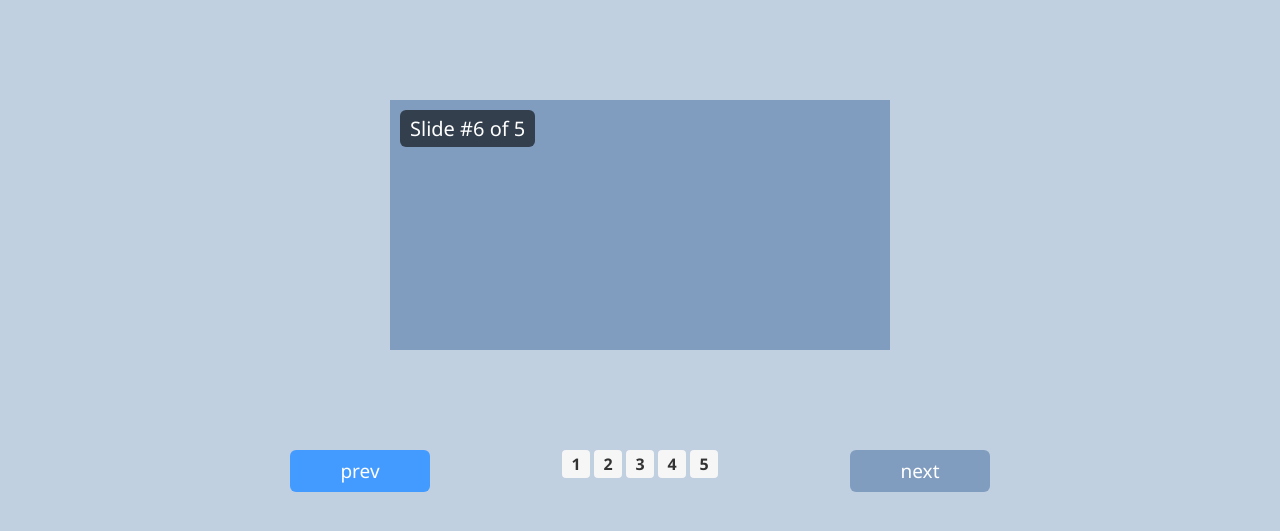
Repository: zeinawady/-Image-Slider-Project
Page: index.html
The author's editor kept a copy of each file at every save. The page is drawn from the files as they stood at one save, then again after a run of saves.
The browser window is 1280 px wide. The pictures show the whole page.
After loading, the first visible `#next` was clicked once.

Above is the page before, as saved 2024-09-19 20:27:01.
Console error: TypeError: Cannot read properties of undefined (reading 'classList')

### index.html
<!DOCTYPE html>
<html lang="en">

<head>
    <meta charset="UTF-8">
    <meta name="viewport" content="width=device-width, initial-scale=1.0">
    <title>Image Slider</title>
    <link rel="stylesheet" href="css/style.css">
    <link rel="stylesheet" href="css/all.min.css">
</head>

<body>
<div class="container">
    <div class="container-slider">
        <div id="slide-number" class="slide-number">Slide #6</div>
        <img src="images/img1.jpg" alt="img" class="active">
        <img src="images/img2.jpg" alt="img">
        <img src="images/img3.jpg" alt="img">
        <img src="images/img4.jpg" alt="img">
        <img src="images/img5.jpg" alt="img">

    </div>
    <div class="slider-controls">
        <span id="prev" class="prev">prev</span>
       <span id="indicators" class="indicators">

       </span>
        <span id="next" class="next">next</span>
    </div>
</div>
    <script src="script.js"></script>
</body>

</html>

### css/style.css
* {
    box-sizing: border-box;
    margin: 0;
    padding: 0;
}

body {
    font-family: 'Segoe UI', Tahoma, Geneva, Verdana, sans-serif;
    background-color: #c1d0e1;
}

.container-slider {
    margin: 100px auto;
    max-width: 500px;
    height: 250px;
    position: relative;
    background-color: #809dc0;
}

.container img {
    position: absolute;
    opacity: 0;
    transition: opacity 1s;
    z-index: 1;
    width: 100%;

}

.container img.active {
    opacity: 1;
}

.slide-number {
    position: absolute;
    left: 10px;
    top: 10px;
    background-color: rgba(0, 0, 0, 0.6);
    color: white;
    padding: 5px 10px;
    font-size: 20px;
    z-index: 2;
    border-radius: 6px;
}

.slider-controls {
    max-width: 700px;
    margin: 0 auto;
}

.prev,
.next {
    background-color: #449bff;
    color: #fff;
    font-size: 19px;
    text-align: center;
    cursor: pointer;
    border-radius: 6px;
    padding: 8px;
    user-select: none;
    width: 20%;
    font-weight: 500;
}

.prev {
    float: left;


}

.next {
    float: right;

}

.prev.disabled,
.next.disabled {
    background-color: #809dc0;
    cursor: no-drop;

}

.indicators {
    width: 60%;
    float: left;
}

.indicators ul {
    list-style: none;
    margin: 0;
    text-align: center;
}

.indicators ul li {
    display: inline-block;
    background-color: #f6f6f6;
    color: #333;
    font-weight: bold;
    height: 28px;
    width: 28px;
    border-radius: 4px;
    margin: 0 2px;
    line-height: 28px;
    cursor: pointer;
}

.indicators ul li.active {
    background-color: #449bff;
    color: #fff;
}

### script.js
let sliderImages = Array.from(document.querySelectorAll('.container-slider img'));
//get the images and put them in an array
let slidesCount = sliderImages.length; //count of img
let currentImgNo = 5;

//some html elements
let slideNumberElement = document.getElementById('slide-number');
let nextBtn = document.getElementById('next');
let prevBtn = document.getElementById('prev');


//create ul element
let paginationElement = document.createElement('ul');
//setting id (#pagination-ul) to it
paginationElement.setAttribute('id', 'pagination-ul');


//creating li based on sildes count
for (let i = 1; i <= slidesCount; i++) {
    let paginationItem = document.createElement('li');
    paginationItem.setAttribute('data-index', i); //seting an attribute

    paginationItem.appendChild(document.createTextNode(i)); //setting content inside li

    paginationElement.appendChild(paginationItem); //appending li to ul
}

//add ul to the page (indicators div)
document.getElementById('indicators').appendChild(paginationElement);

var paginationNewUl = document.getElementById('pagination-ul');
let paginationBullets = Array.from(document.querySelectorAll('#pagination-ul li')); //creating array for bullets


//functions
function nextSlide() {
    if (nextBtn.classList.contains('disabled')) {
        currentImgNo++;

    }
    else {
        currentImgNo = 1;
    }
    checker();
}

function prevSlide() {
    currentImgNo--;
}

function checker() {
    //write slide no in the div
    slideNumberElement.textContent = 'Slide #' + (currentImgNo) + ' of ' + slidesCount;

    removeAllActiveClass();

    //put active class in the current img slide
    sliderImages[currentImgNo - 1].classList.add('active');

    //put active class in current pagination item
    paginationNewUl.children[currentImgNo - 1].classList.add('active');

    //check if the slide is first or not to add disable on prev btn
    if (currentImgNo == 1) {
        prevBtn.classList.add('disabled');
    }
    else {
        prevBtn.classList.remove('disabled');

    }
    //check if the slide is last or not to add disable on next btn
    if (currentImgNo == slidesCount) {
        nextBtn.classList.add('disabled');
    }
    else {
        nextBtn.classList.remove('disabled');

    }

}
checker();

function removeAllActiveClass() {
    sliderImages.forEach(function (img) {
        img.classList.remove('active');
    });
    paginationBullets.forEach(function (bullet) {
        bullet.classList.remove('active');
    });

}


//handling click on btn
nextBtn.onclick = nextSlide;
prevBtn.onclick = prevSlide;

Loaded but not shown: css/all.min.css (library)

After the next 4 saves:
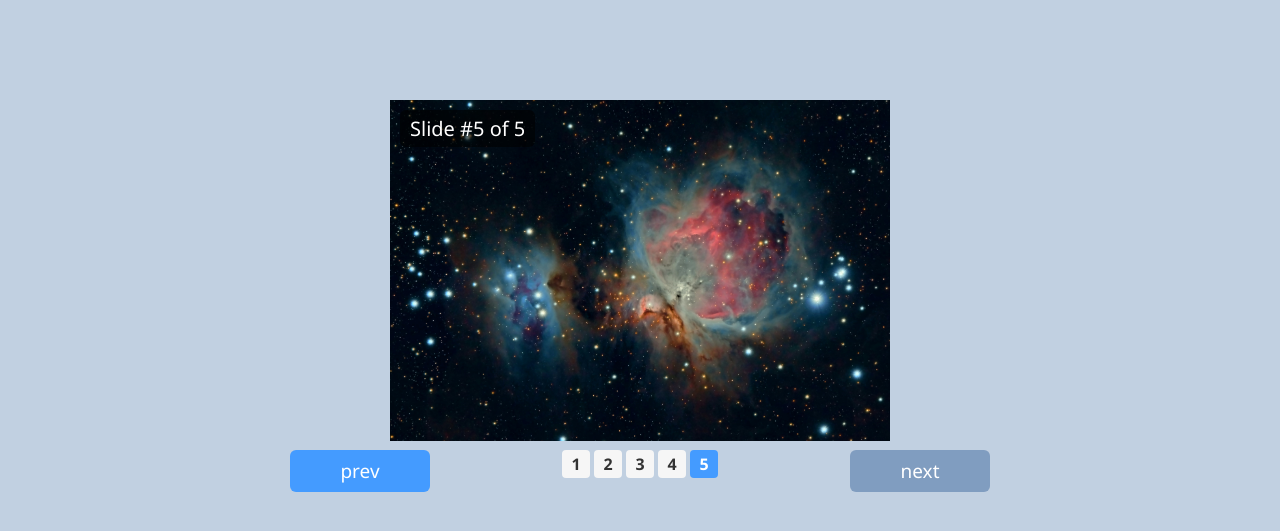
The error is gone.
The 4 saves are shown as one change because they came seconds apart.
The last was saved 39 s later.
--- a/script.js
+++ b/script.js
@@ -34,14 +34,12 @@ let paginationBullets = Array.from(document.querySelectorAll('#pagination-ul li'
 
 //functions
 function nextSlide() {
-    if (nextBtn.classList.contains('disabled')) {
+    if (!nextBtn.classList.contains('disabled')) {
         currentImgNo++;
+        checker();
 
     }
-    else {
-        currentImgNo = 1;
-    }
-    checker();
+
 }
 
 function prevSlide() {
